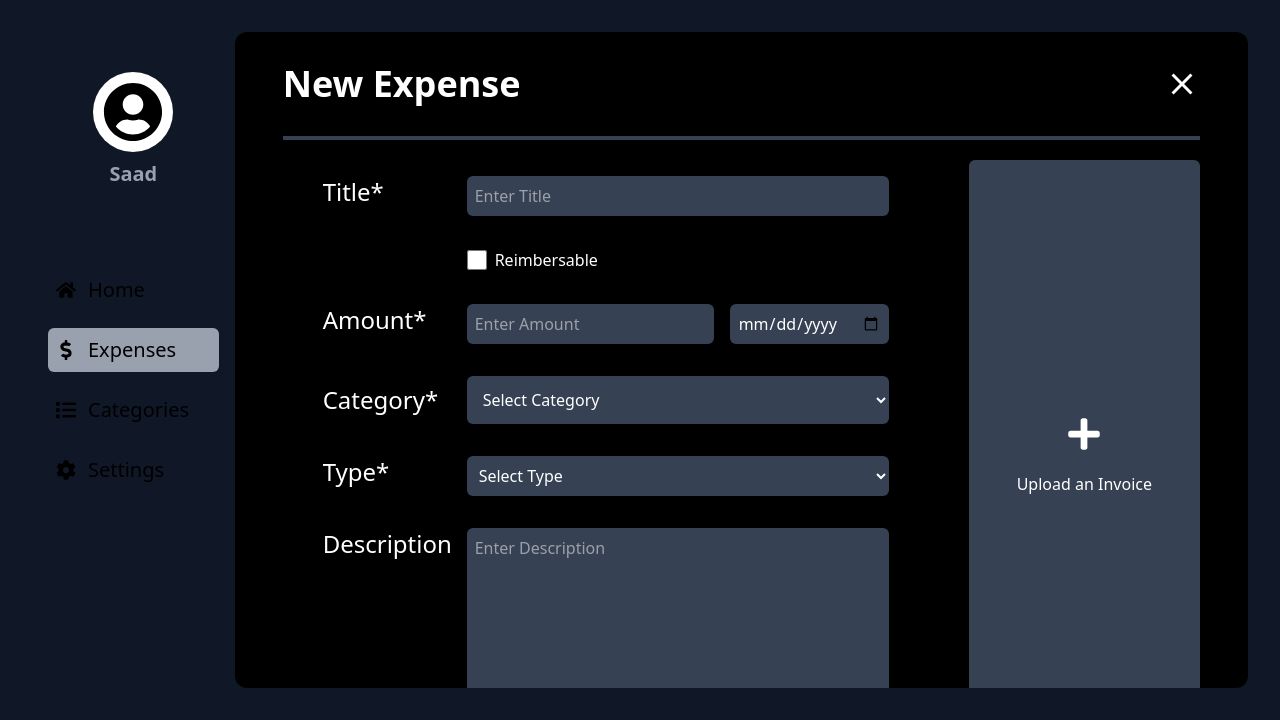
Repository: saad-naveed-brainx/Expense
Page: /expenses/new
An editor plug-in stored every save of this project. The page is shown before and after a run of saves, followed by the edit.
The browser window is 1280 px wide. The pictures show the whole page.
An inner scrolling area shows only its first screen. The project was rebuilt for these pictures with package versions that can differ from the ones it lists, and the page was loaded fresh each time. Also part of the build but not shown: vite.config.js, src/components/LandingPage.jsx, src/components/ExpensesScreen.jsx, src/components/NotUsed.jsx.

Above is the page before, as saved 2025-09-05 23:25:45.

After the next 2 saves:
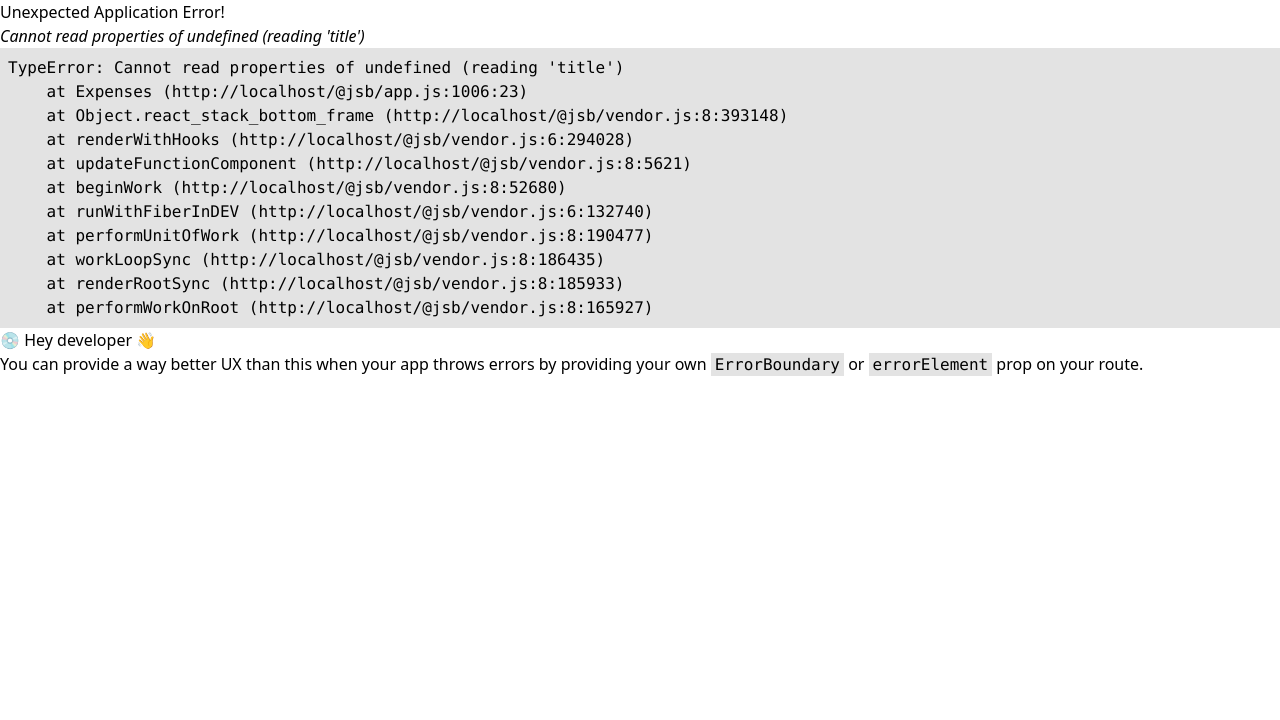
The 2 saves are shown as one change because they came seconds apart.
The last was saved 38 s later.
--- a/src/components/AddNewExpenses.jsx
+++ b/src/components/AddNewExpenses.jsx
@@ -14,7 +14,7 @@
   const expenses = useSelector((state)=> state.expense.expenses);
 
   const expense = expenses.find(expense => expense.id === id);
-  console.log(expense + "is the expense")
+  console.log(expense.title + "is the expense")
 
   const {
     register,

After the save that followed:
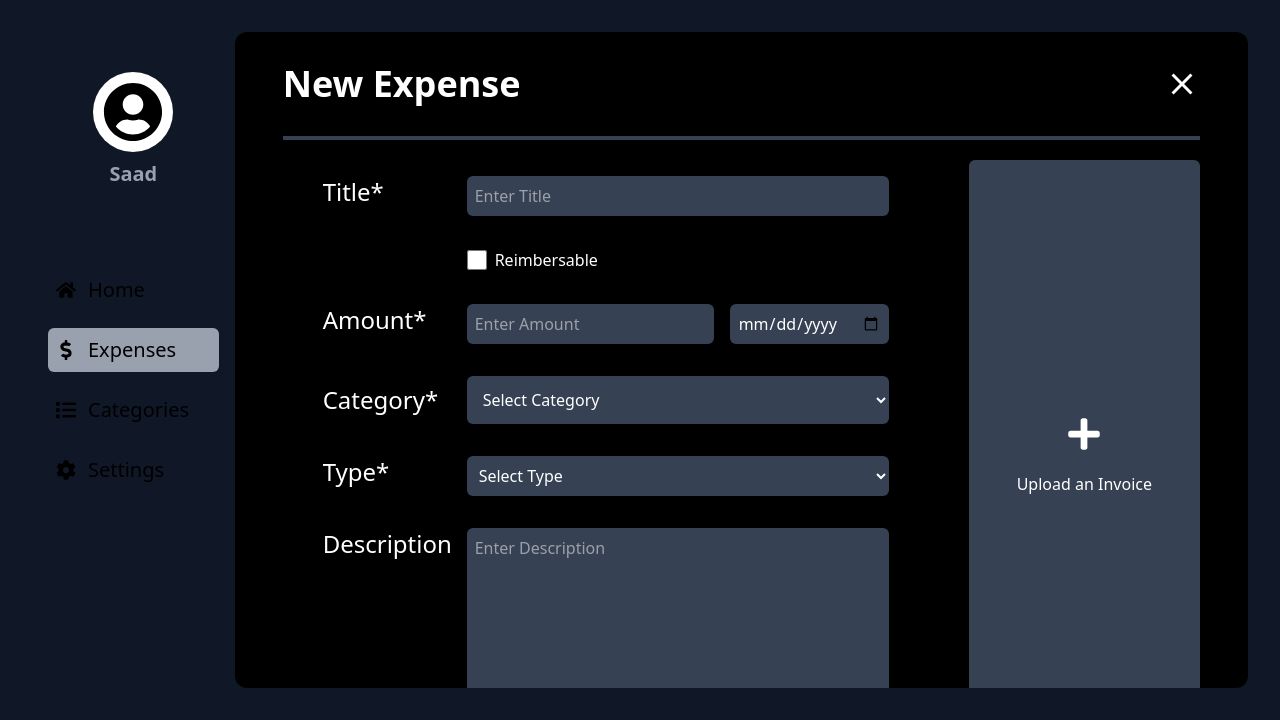
Saved 26 s later.
--- a/src/components/AddNewExpenses.jsx
+++ b/src/components/AddNewExpenses.jsx
@@ -14,7 +14,7 @@
   const expenses = useSelector((state)=> state.expense.expenses);
 
   const expense = expenses.find(expense => expense.id === id);
-  console.log(expense.title + "is the expense")
+  // console.log(expense.title + "is the expense")
 
   const {
     register,
